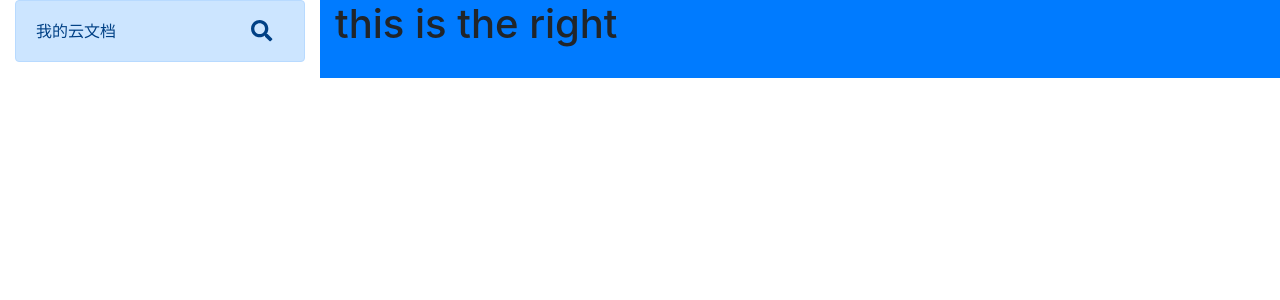
Repository: weijie-he/clould-doc
Page: /
The author's editor kept a copy of each file at every save. The page is drawn from the files as they stood at one save, then again after a run of saves.
The browser window is 1280 px wide. The pictures show the whole page.
The project was rebuilt for these pictures with package versions that can differ from the ones it lists, and the page was loaded fresh each time.

Above is the page before, as saved 2020-09-30 16:29:27.

After the next 13 saves:
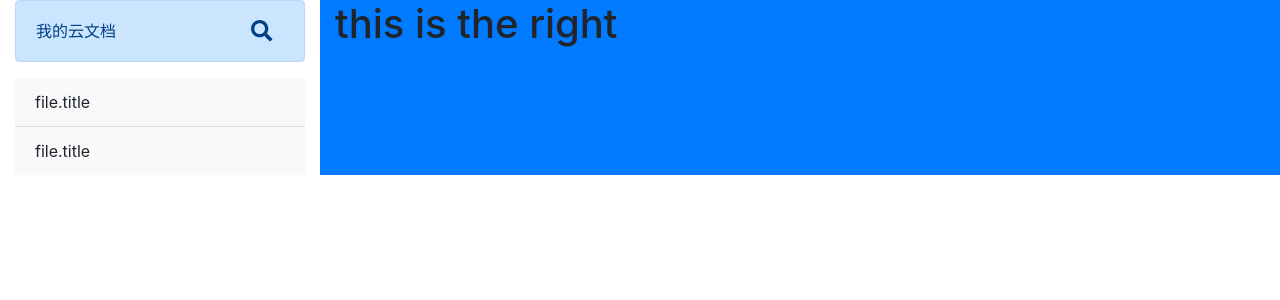
The 13 saves are shown as one change because 2 did not build or start and some came seconds apart.
The last was saved 60 s later.
--- a/src/App.js
+++ b/src/App.js
@@ -13,6 +13,7 @@ function App() {
           title={"我的云文档"}
           onFileSearch={(value)=>{console.log(value)}}
           />
+          <FileList files={defaultFiles}/>
         </div>
         <div className="col-9 bg-primary right-align">
           <h1>this is the right</h1>
